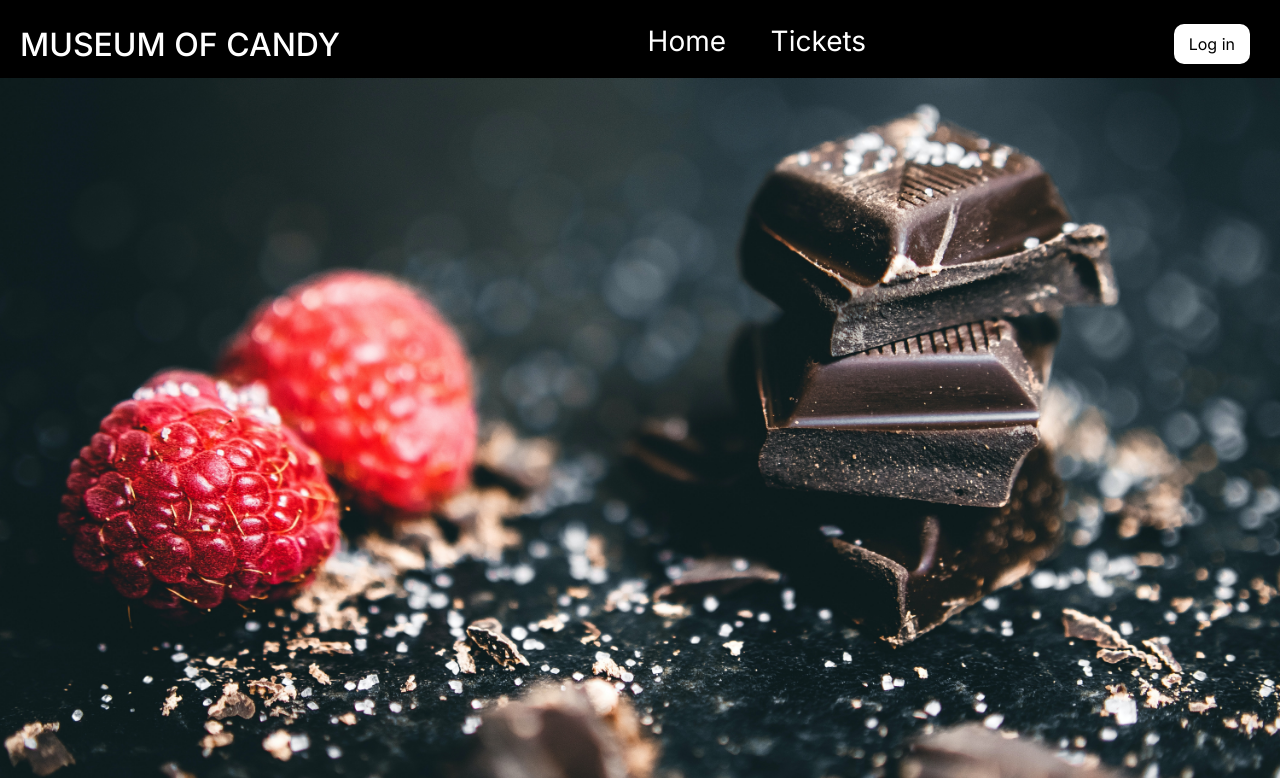
Repository: m-koparanova/MuseumOfCandy
Page: index.html
An editor plug-in stored every save of this project. The page is shown before and after the next save, followed by the edit.
The browser window is 1280 px wide. The pictures show the whole page.

Above is the page before, as saved 2023-03-05 19:29:27.

### index.html
<!DOCTYPE html>
<html lang="en">
<head>
    <meta charset="UTF-8">
    <meta http-equiv="X-UA-Compatible" content="IE=edge">
    <meta name="viewport" content="width=device-width, initial-scale=1.0">
    <title>Document</title>
    <link rel="stylesheet" href="https://cdn.jsdelivr.net/npm/bootstrap@4.6.2/dist/css/bootstrap.min.css" integrity="sha384-xOolHFLEh07PJGoPkLv1IbcEPTNtaed2xpHsD9ESMhqIYd0nLMwNLD69Npy4HI+N" crossorigin="anonymous">

    <link rel="stylesheet" href="style.css">

</head>
<body>
    <nav class="nav-bar">
        <div class="top-nav">
            <h2 class="logo">MUSEUM OF CANDY</h2>
            <ul>
                <li class="nav"><a href="#">Home</a></li>
                <li class="nav"><a href="#">Tickets</a></li>
            </ul>
            <button class="button">Log in</button>
        </div>

    </nav>

    <tbody>
        <div>
            <img src="pics\pexels-lisa-fotios-918327.jpg" alt="" class="image">
        </div>
    </tbody>

    <script src="https://cdn.jsdelivr.net/npm/jquery@3.5.1/dist/jquery.slim.min.js" integrity="sha384-DfXdz2htPH0lsSSs5nCTpuj/zy4C+OGpamoFVy38MVBnE+IbbVYUew+OrCXaRkfj" crossorigin="anonymous"></script>
    <script src="https://cdn.jsdelivr.net/npm/bootstrap@4.6.2/dist/js/bootstrap.bundle.min.js" integrity="sha384-Fy6S3B9q64WdZWQUiU+q4/2Lc9npb8tCaSX9FK7E8HnRr0Jz8D6OP9dO5Vg3Q9ct" crossorigin="anonymous"></script>

</body>
</html>

### style.css
@import url('https://fonts.googleapis.com/css2?family=Inter:wght@100;200;300;400;500;600;700;800;900&display=swap');


*{
    margin: 0;
    padding: 0;
}

.nav-bar{
    background: black;
}

.logo {
    font-family: 'Inter', sans-serif, bold;
    color: white;
}

.top-nav{
    display: flex;
    align-items: center;
    justify-content: space-between;
    padding-top: 20px;
    padding-left: 20px;

}

.top-nav ul li{
    display: inline-block;
    list-style-type: none;
    padding-left: 20px;
    padding-right: 20px;
    font-family: 'Inter', sans-serif;
    font-size: 28px;
}

.top-nav ul li a{
    text-decoration: none;
    color: white;
}

.top-nav ul li a:hover{
    color: rgb(215, 5, 5);
    transition: .3s;
}

.button{
    border: none;
    background: white;
    border-radius: 10px;
    padding: 8px 15px 8px 15px;
    margin-right: 30px;
    margin-bottom: 10px;
    font-family: 'Inter', sans-serif;
    text-align: center;
}

.button:hover{
    background: rgb(215, 5, 5);
    color: white;
}

.image{
    object-fit: cover;
    width: 100%;
    height: 700px;
}

After the next save:
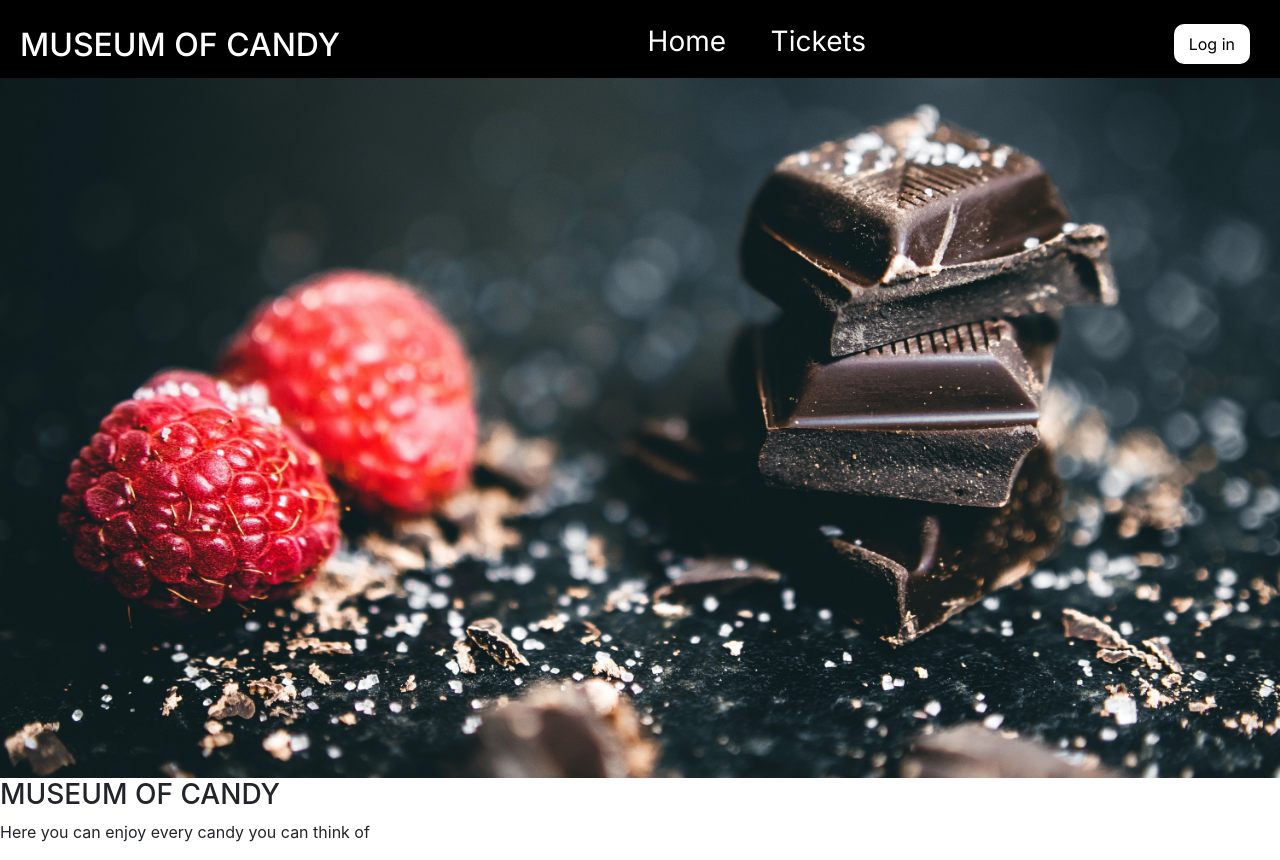
Saved 2 min 36 s later.
--- a/index.html
+++ b/index.html
@@ -26,6 +26,10 @@
     <tbody>
         <div>
             <img src="pics\pexels-lisa-fotios-918327.jpg" alt="" class="image">
+            <div>
+                <h3>MUSEUM OF CANDY</h3>
+                <p>Here you can enjoy every candy you can think of</p>
+            </div>
         </div>
     </tbody>
 
